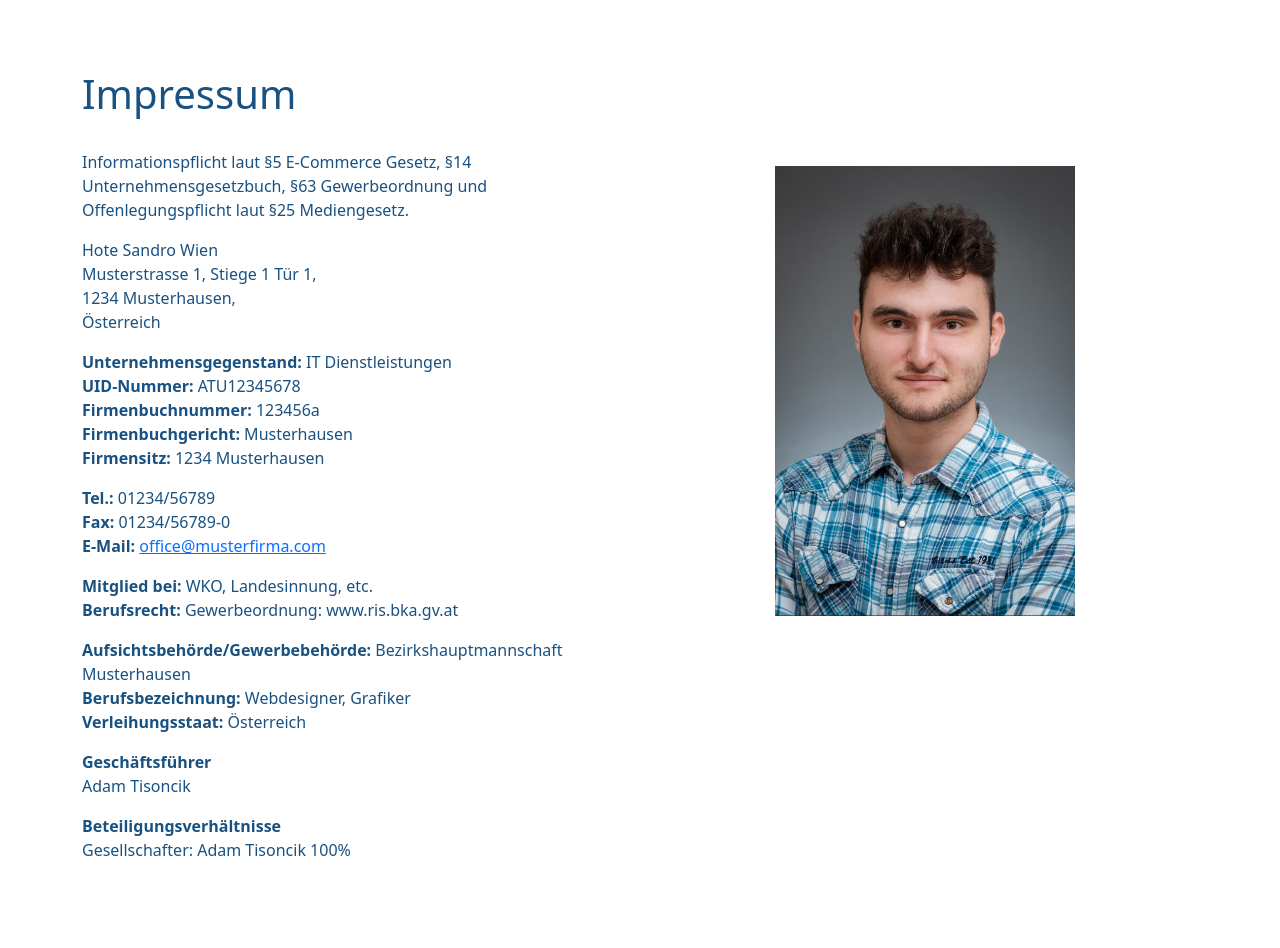
Repository: TIS0N/Hotel_Sandro
Page: http://localhost/pages/impressum.php
The author's editor kept a copy of each file at every save. The page is drawn from the files as they stood at one save, then again after the next save.
The browser window is 1280 px wide. The pictures show the whole page.
The page is run by PHP 8.4 with error messages shown; the project is at /var/www/html/.

Above is the page before, as saved 2023-01-13 21:55:05.

After the next save:
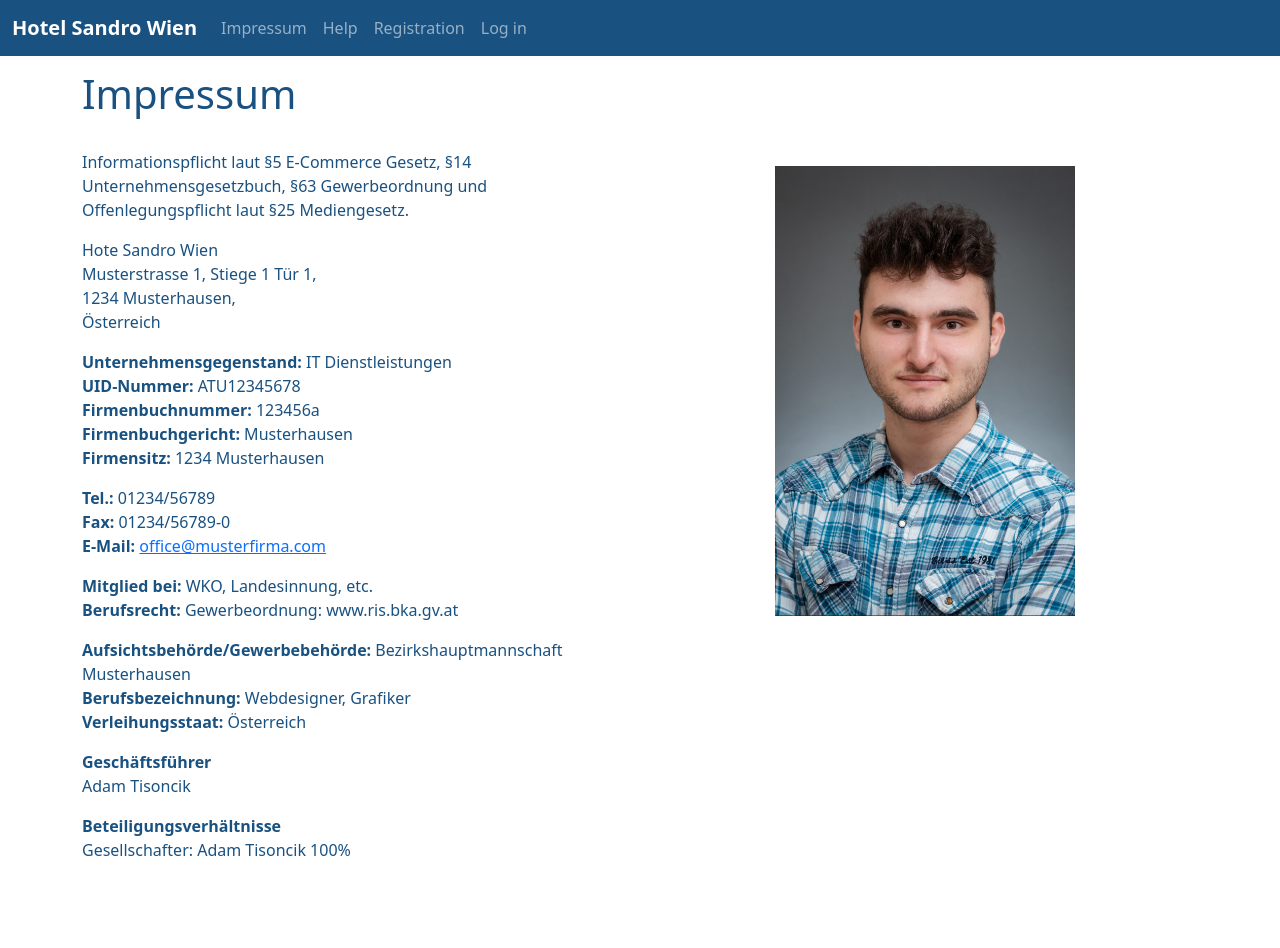
Saved 7 s later.
--- a/pages/impressum.php
+++ b/pages/impressum.php
@@ -12,7 +12,7 @@
 <body id="body">
 
 <?php
-//include "navigation.php";
+include "navigation.php";
 ?>
 
     <div class="container text-start" id="impressum">
